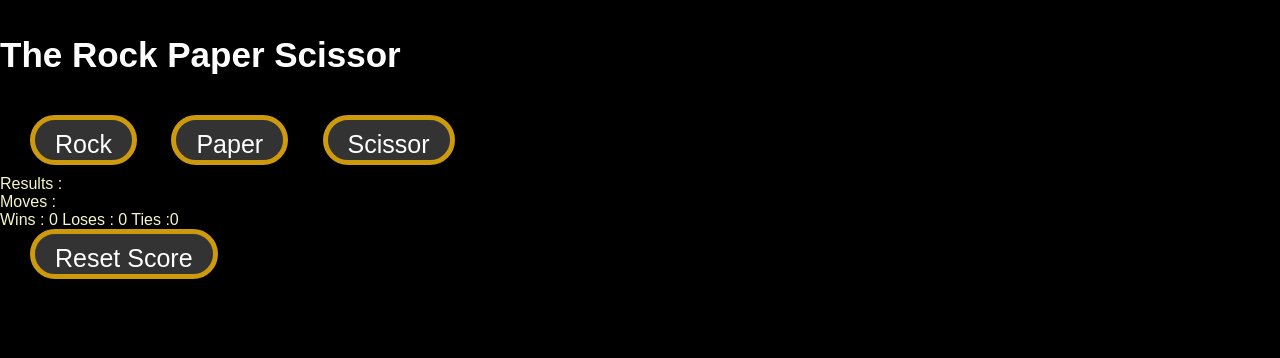
Repository: Drdregboss89/js-practical-projects
Page: index.html
The author's editor kept a copy of each file at every save. The page is drawn from the files as they stood at one save, then again after the next save.
The browser window is 1280 px wide. The pictures show the whole page.

Above is the page before, as saved 2023-06-23 09:37:21.
Console error (its wording comes from the project's code and is left out).

### index.html
<!-- @format -->
<!DOCTYPE html>
<html lang="ENG">
  <head>
    <title>Rock Paper Scissor</title>
    <meta name="viewport" content="width=device-width, initial-scale=1.0" />
    <link rel="stylesheet" type="text/css" href="./fontawesome.min.css" />
    <link rel="stylesheet" type="text/css" href="./all.min.css" />
    <link rel="stylesheet" type="text/css" href="./line-awesome.min.css" />
    <link rel="stylesheet" type="text/css" href="index.css" />
  </head>
  <body>
    <h1>The Rock Paper Scissor</h1>

      <button onclick="playGame('Rock');">Rock</button>
      <button onclick="playGame('Paper');">Paper</button>
      <button onclick="playGame('Scissor');">Scissor</button>
      <p class="js-result">Results :</p>
      <p class="js-move">Moves :</p>
      <p class="js-score">Score :</p>
      <button
        onclick="
      score.wins:0;
      score.loses:0;
      score.ties:0;
      localStorage.removeItem('score');"
      updateScore();
      >
        Reset Score
      </button>


    <script src="index.js"></script>
  </body>
</html>

### index.css
/** @format */

 .root {
  --main-color: #379237;
  --font-color: #f0ff42;
  --border-color: #001253;
  --body-color: #f6f6c9;
}
* {
  margin: 0;
  padding: 0;
  font-family: Poppins, sans-serif;
  box-sizing: border-box;
  background-color:black;

}

 h1 {

  margin-bottom: 40px;
  margin-top: 35px;
  font-size: 35px;
  font-weight: :800;
  color:white;
}
p{
  color:#f6f6c9;
}

button {
  padding: 10px 20px;
  font-size: 25px;
  height:50px;
  border-radius:75px;
  border: 5px solid rgb(206, 154, 13);
  margin-left: 30px;
  margin-bottom: 10px;
  background-color: #333;
  color: #fff;
}

### index.js
/** @format */

// let today = new Date();
// let hour = "";

// if ((hour) => 6 && hour < 12) {
//   console.log("good morning");
// } else if ((hour) => 12 && hour < 5) {
//   console.log("good day");
// }
let score = JSON.parse(localStorage.getItem("score")) || {
  wins : 0,
  loses : 0,
  ties:0
};/* short cut for using the if statement for setting default value*/ ;

/*if (!score shortcut for if score === null) {
  score{
    wins = 0,
    loses = 0,
    ties=0
  }
}*/
updateScore();

function playGame(selectMove) {
  const computerMove = rock();
  let result = "";

  if (selectMove === "Paper") {
    if (computerMove === "Rock") {
      result = "you loose";
    } else if (computerMove === "Scissor") {
      result = "you Win";
    } else if (computerMove === "Paper") {
      result = "Its a Tie";
    }
  } else if (selectMove === "Rock") {
    if (computerMove === "Rock") {
      result = "Tie";
    } else if (computerMove === "Scissor") {
      result = "you win";
    } else if (computerMove === "Paper") {
      result = "You Loose";
    }
  } else if (selectMove === "Scissor") {
    if (computerMove === "Rock") {
      result = "you Loose";
    } else if (computerMove === "Scissor") {
      result = "its a Tie";
    } else if (computerMove === "Paper") {
      result = "you Win";
    }
  }

  if (result === "you Win") {
    score.wins += 1;
  } else if (result === "you Loose") {
    score.loses += 1;
  } else if (result === "its a Tie") {
    score.ties += 1;
  }

  updateScore();

  localStorage.setItem("score", JSON.stringify(`score`));

  alert(`You select ${selectMove}. computer select ${computerMove}. ${result}
  Wins : ${score.wins} Loses : ${score.loses} Ties :${score.ties}`);
}

function updateScore() {
  document.querySelector(`.js-score`)
  .innerHTML =` Wins : ${score.wins} Loses : ${score.loses} Ties :${score.ties}`;

}

function rock() {
  const randomNumber = Math.random();
  let computerMove = "";

  if (randomNumber > 0 && randomNumber < 1 / 3) {
    computerMove = "Rock";
  } else if (randomNumber > 1 / 3 && randomNumber < 2 / 3) {
    computerMove = " Scissor";
  } else if (randomNumber > 2 / 3 && randomNumber < 1) {
    computerMove = " Paper";
  }
  return computerMove;
}

Loaded but not shown: fontawesome.min.css (library); all.min.css (library); line-awesome.min.css (library)

After the next save:
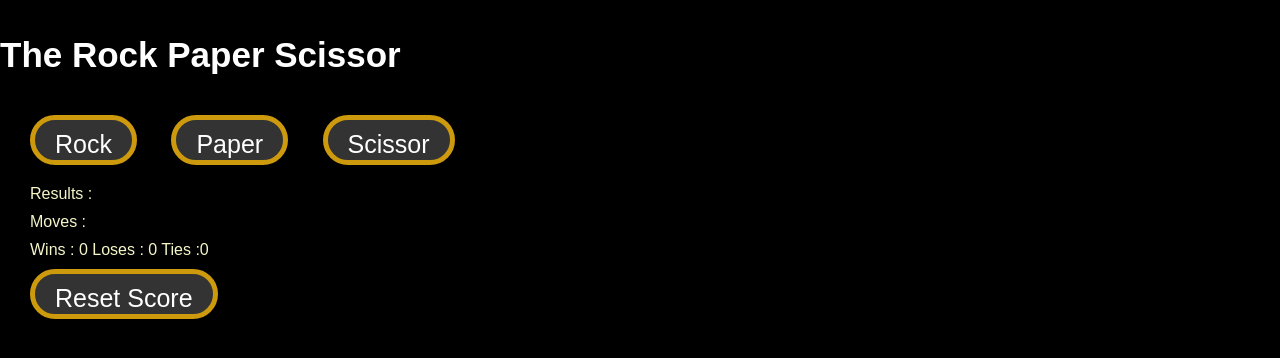
Saved 2 min 33 s later.
--- a/index.css
+++ b/index.css
@@ -25,6 +25,9 @@
 }
 p{
   color:#f6f6c9;
+  margin-left: 30px;
+  margin-bottom: 10px;
+  margin-top: 10px;
 }
 
 button {
